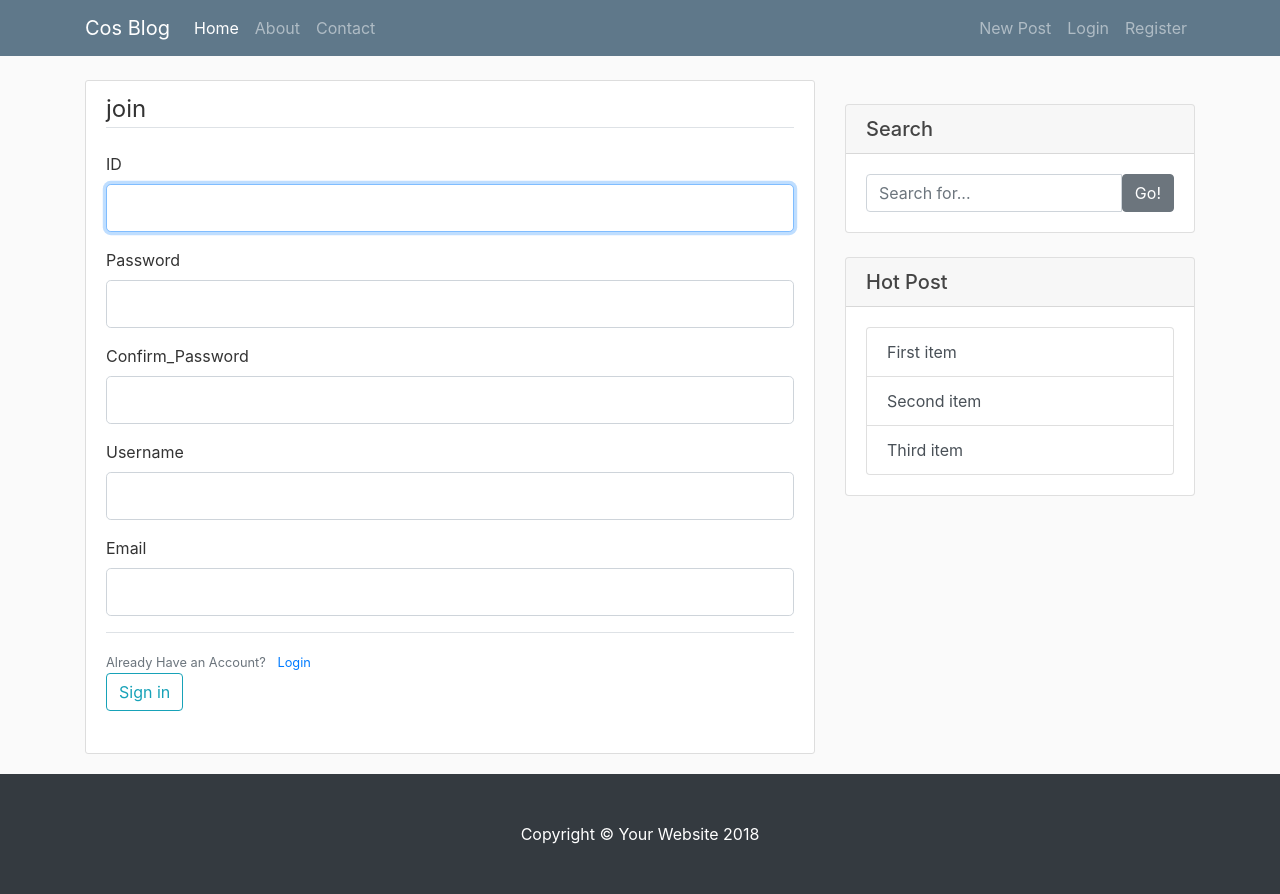
Repository: DogyeKing/blog
Page: http://localhost/blog/member/loginForm.jsp
The author's editor kept a copy of each file at every save. The page is drawn from the files as they stood at one save, then again after the next save.
The browser window is 1280 px wide. The pictures show the whole page.
The page is served by Tomcat 9. Other server files are loaded and not shown.

Above is the page before, as saved 2018-08-02 06:25:18.

### blog/blog/WebContent/member/loginForm.jsp
<%@ page language="java" contentType="text/html; charset=UTF-8"
    pageEncoding="UTF-8"%>

<!DOCTYPE html>
<head>

  <meta charset="utf-8">
  <meta name="viewport" content="width=device-width, initial-scale=1, shrink-to-fit=no">
  <meta name="description" content="">
  <meta name="author" content="">

  <title>Cos Blog</title>

  <!-- Bootstrap core CSS -->
  <link href="<%=request.getContextPath()%>/css/bootstrap.css" rel="stylesheet">
  <!-- Bootstrap core JavaScript -->
  <script src="<%=request.getContextPath()%>/js/jquery.min.js"></script>
  <script src="<%=request.getContextPath()%>/js/bootstrap.bundle.min.js"></script>

  <!-- Custom styles for this template -->
  <link href="<%=request.getContextPath()%>/css/blog-home.css" rel="stylesheet">

</head>

<body>
	<!-- Nav Include -->
	<jsp:include page="/include/navigation.jsp"/>

<!-- Page Content -->
<div class="container">
  <div class="row">
    <!-- Blog Entries Column -->
<div class="col-md-8">
	<div class="content-section">
	<form method="POST" action="#">
		<fieldset class="form-group">
			<legend class="border-bottom mb-4">join</legend>
			<div class="form-group">
  			<label class="form-control-label">ID</label>
		  	<input class="form-control form-control-lg" type="text" name="id" maxlength="20" required autofocus>
			</div>

			<div class="form-group">
				<label class="form-control-label">Password</label>
				<input class="form-control form-control-lg" type="password" name="password" maxlength="20" required>
			</div>

			<div class="form-group">
				<label class="form-control-label">Confirm_Password</label>
				<input class="form-control form-control-lg" type="password" name="confirm" maxlength="20" required>
			</div>

			<div class="form-group">
				<label class="form-control-label">Username</label>
				<input class="form-control form-control-lg" type="text" name="username" maxlength="20" required>
			</div>

			<div class="form-group">
				<label class="form-control-label">Email</label>
				<input class="form-control form-control-lg" type="email" name="email" maxlength="20" required>
			</div>
			<div class="border-top pt-3">
				<small class="text-muted">
					Already Have an Account? <a class="ml-2" href="<%=request.getContextPath()%>/member/loginForm.jsp">Login</a>
				</small>
			</div>
			<div class="form-group">
				<button class="btn btn-outline-info" type="submit">Sign in</button>
			</div>

		</fieldset>
	</form>
	</div>
</div>

<!--  SideBar Include -->
	<jsp:include page="../include/sidebar.jsp"/>

<!-- Sidebar Widgets Column -->


</div>
<!-- /.row -->

</div>
<!-- /.container -->

<!-- Footer -->
<footer class="py-5 bg-dark">
  <div class="container">
    <p class="m-0 text-center text-white">Copyright &copy; Your Website 2018</p>
  </div>
  <!-- /.container -->
</footer>

</body>

</html>

### blog/blog/WebContent/include/navigation.jsp
<%@ page language="java" contentType="text/html; charset=UTF-8"
    pageEncoding="UTF-8"%>
<!DOCTYPE html>
  <!-- Navigation -->
 <nav class="navbar navbar-expand-lg navbar-dark bg-steel fixed-top">
   <div class="container">
     <a class="navbar-brand" href="<%=request.getContextPath()%>/main.jsp">Cos Blog</a>
     <button class="navbar-toggler" type="button" data-toggle="collapse" data-target="#navbarResponsive" aria-controls="navbarResponsive" aria-expanded="false" aria-label="Toggle navigation">
       <span class="navbar-toggler-icon"></span>
     </button>
     <div class="collapse navbar-collapse" id="navbarResponsive">
       <div class="navbar-nav">
           <a class="nav-item active nav-link mr-auto" href="#">Home
             <span class="sr-only">(current)</span>
           </a>
           <a class="nav-item nav-link" href="#">About</a>
              <a class="nav-item nav-link" href="#">Contact</a>
       </div>
       <div class="navbar-nav ml-auto">
           <a class="nav-item nav-link" href="#">New Post</a>
           <a class="nav-item nav-link" href="<%=request.getContextPath()%>/member/loginForm.jsp">Login</a>
           <a class="nav-item nav-link" href="<%=request.getContextPath()%>/member/joinForm.jsp">Register</a>
       </div>
     </div>
   </div>
</nav>

### blog/blog/WebContent/include/sidebar.jsp
<%@ page language="java" contentType="text/html; charset=UTF-8"
    pageEncoding="UTF-8"%>
<div class="col-md-4">
  <!-- Search Widget -->
<div class="card my-4">
 <h5 class="card-header">Search</h5>
 <div class="card-body">
   <div class="input-group">
     <input type="text" class="form-control" placeholder="Search for...">
     <span class="input-group-btn">
       <button class="btn btn-secondary" type="button">Go!</button>
     </span>
   </div>
 </div>
</div>

<!-- Categories Widget -->
  <div class="card my-4">
    <h5 class="card-header">Hot Post</h5>
    <div class="card-body">
      <div class="list-group">
        <a href="#" class="list-group-item list-group-item-action">First item</a>
        <a href="#" class="list-group-item list-group-item-action">Second item</a>
        <a href="#" class="list-group-item list-group-item-action">Third item</a>
      </div>
    </div>
  </div>
</div>

### blog/blog/WebContent/css/blog-home.css
body {
	background: #fafafa;
	color: #333333;
	margin-top: 5rem;
}

h1,h2,h3,h4,h5,h6 {
	color: #444444;
}

.bg-steel {
	background-color: #5f788a;
}

.site-header .navbar-nav .nav-link {
	color: #cbd5db;
}

.site-header .navbar-nav .nav-link:hover {
	color: #ffffff;
}

.content-section {
	background: #ffffff;
	padding: 10px 20px;
	border: 1px solid #dddddd;
	border-radius: 3px;
	margin-bottom: 20px;
}

.article-title {
	color: #444444;
}

a.article-title:hover {
	color: #428bca;
	text-decoration: none;
}

.article-content {
	white-space: pre-line;
}

.article-img {
	height: 65px
	width: 65px;
	margin-right: 16px;
}

.article-metadata {
	padding-bottom: 1px;
	margin-bottom: 4px
	border-bottom: 1px solid #e3e3e3;
}

.article-metadata a:hover {
	color: #333;
	text-decoration: none;
}

.article-svg {
	width: 25px;
	height: 25px;
	vertical-align: middle;
}

.account-img {
	height: 125px;
	width: 125px;
	margin-right: 20px;
	margin-bottom: 16px;
}

.account-heading {
	font-size: 2.5rem;
}

Loaded but not shown: blog/blog/WebContent/css/bootstrap.css (library); blog/blog/WebContent/js/jquery.min.js (library); blog/blog/WebContent/js/bootstrap.bundle.min.js (library)

After the next save:
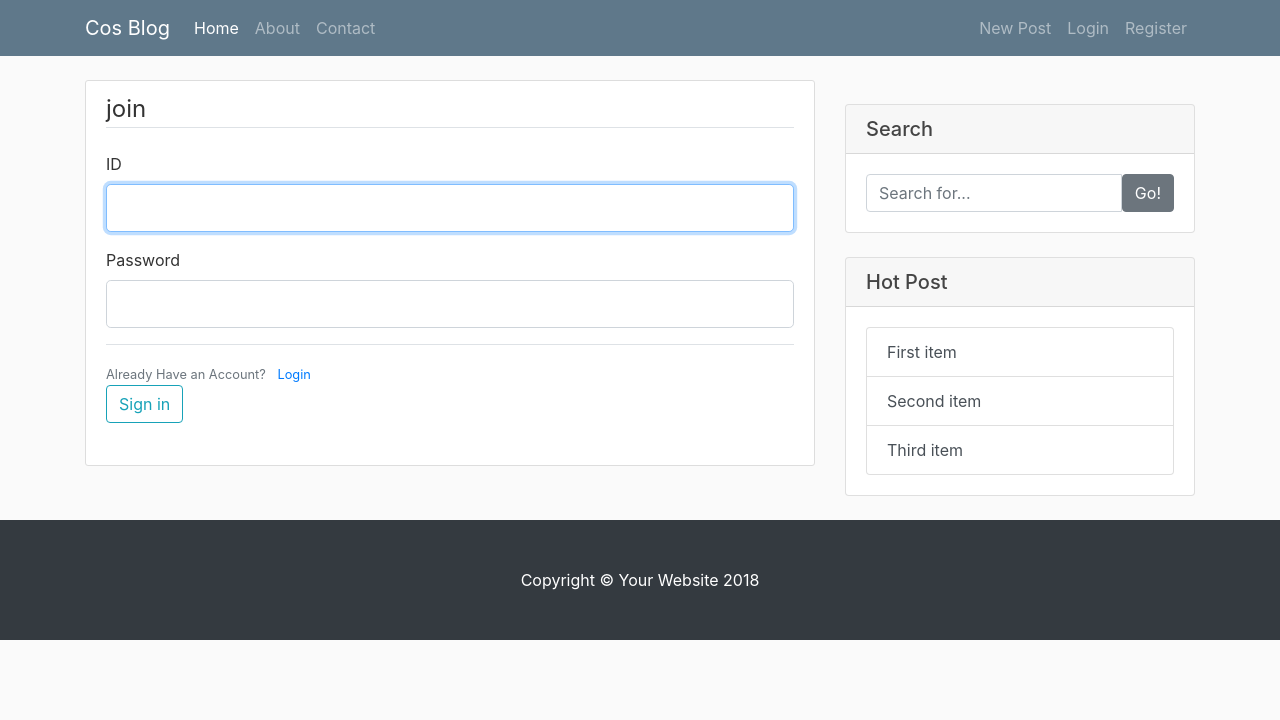
Saved 16 s later.
--- a/blog/blog/WebContent/member/loginForm.jsp
+++ b/blog/blog/WebContent/member/loginForm.jsp
@@ -44,21 +44,6 @@
 				<label class="form-control-label">Password</label>
 				<input class="form-control form-control-lg" type="password" name="password" maxlength="20" required>
 			</div>
-
-			<div class="form-group">
-				<label class="form-control-label">Confirm_Password</label>
-				<input class="form-control form-control-lg" type="password" name="confirm" maxlength="20" required>
-			</div>
-
-			<div class="form-group">
-				<label class="form-control-label">Username</label>
-				<input class="form-control form-control-lg" type="text" name="username" maxlength="20" required>
-			</div>
-
-			<div class="form-group">
-				<label class="form-control-label">Email</label>
-				<input class="form-control form-control-lg" type="email" name="email" maxlength="20" required>
-			</div>
 			<div class="border-top pt-3">
 				<small class="text-muted">
 					Already Have an Account? <a class="ml-2" href="<%=request.getContextPath()%>/member/loginForm.jsp">Login</a>
